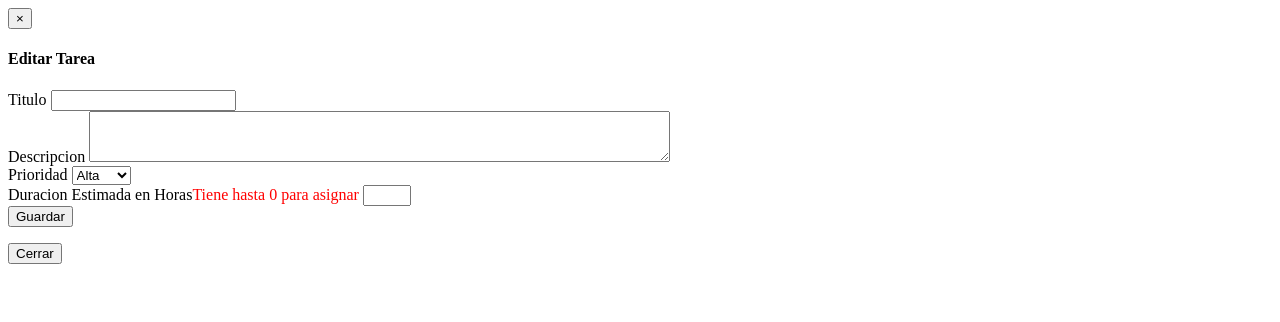
Repository: sebakondek/workspace
Page: http://localhost/ProyectoTrackAndBugBase/WEB-INF/jsp/tareas/formeditado.jsp
The author's editor kept a copy of each file at every save. The page is drawn from the files as they stood at one save, then again after the next save.
The browser window is 1280 px wide. The pictures show the whole page.
The page is served by Tomcat 9. Nobody is signed in. Other server files are loaded and not shown. The template is opened directly, without the code that normally fills it, so the values that code supplies are empty.

Above is the page before, as saved 2016-09-16 19:39:40.
Console error: ReferenceError: formInit is not defined

### ProyectoTrackAndBugBase/WebContent/WEB-INF/jsp/tareas/formeditado.jsp
<%@ page language="java" contentType="text/html; charset=ISO-8859-1"
    pageEncoding="ISO-8859-1"%>
<%@ taglib prefix="form" uri="http://www.springframework.org/tags/form"%>
<%@ taglib prefix="c" uri="http://java.sun.com/jsp/jstl/core" %>


<script>
	formInit("Tareas");
</script>


<div class="modal-dialog" role="dialog">
	 <div class="modal-content">
	    <div class="modal-header">
       		<button type="button" class="close" data-dismiss="modal" aria-label="Close"><span aria-hidden="true">&times;</span></button>
        	<h4 class="modal-title" id="myModalLabel"><b>Editar Tarea</b></h4>
      </div>
		<div class="modal-body" id="modal-body">


			<div class="form form-group table">
				<form:form method="post" modelAttribute="tareaForm" action="guardartarea.html" class="form" id="form">
					<form:input path="id" type="hidden" />
					<form:input path="idProyecto" type="hidden"/>
					<form:input path="duracionReal" type="hidden"/>
					<div class="form-group">
						<label for="titulo">Titulo</label>
						<form:input class="form-control required" path="titulo" type="text" />
					</div>
					<div class="form-group">
						<label for="descripcion">Descripcion</label>
						<form:textarea rows="3" cols="70" class="form-control required" path="descripcion" />
					</div>
					<div class="form-group">
						<label for="Prioridad">Prioridad</label>
						<form:select id="select-multiple" class="js-example-basic-single js-states form-control"
							path="prioridad" itemLabel="prioridad" itemValue="id">
							<option value="1"> Alta</option>
							<option value="2">Media</option>
							<option value="3">Baja</option>
					</form:select>
					</div>
					<div class="form-group">
						<label for="totalHoras">Duracion Estimada en Horas<span style="color: red;">Tiene hasta ${tiempoProyecto + tareaForm.duracionEstimada} para asignar</span></label>
						<form:input class="form-control" path="duracionEstimada" min="0" max="${tiempoProyecto + tareaForm.duracionEstimada}" type="number"/>
					</div>
					<div class="form-group">
						<input type="submit" class="btn btn-success" value="Guardar">
					</div>
				</form:form>
			</div>


		</div>
      <div class="modal-footer">
      	<button type="button" class="btn btn-default" data-dismiss="modal">Cerrar</button>
      </div>
    </div>
</div>

After the next save:
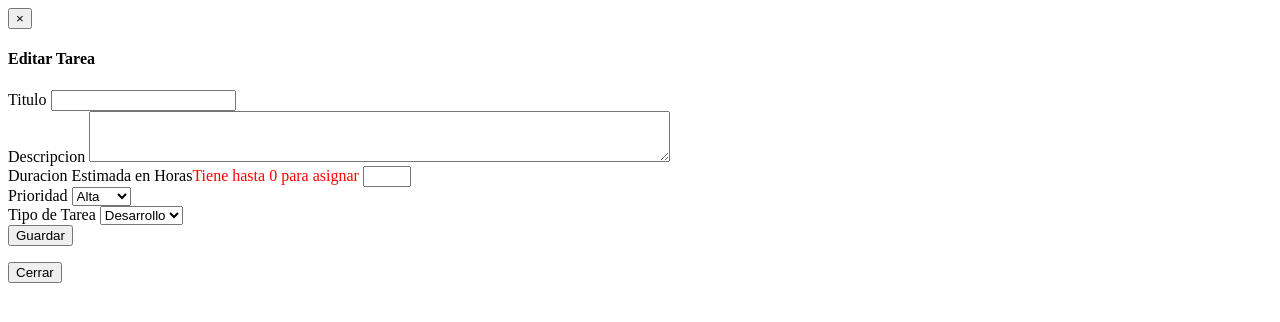
Saved 64 s later.
--- a/ProyectoTrackAndBugBase/WebContent/WEB-INF/jsp/tareas/formeditado.jsp
+++ b/ProyectoTrackAndBugBase/WebContent/WEB-INF/jsp/tareas/formeditado.jsp
@@ -32,6 +32,10 @@
 						<form:textarea rows="3" cols="70" class="form-control required" path="descripcion" />
 					</div>
 					<div class="form-group">
+						<label for="totalHoras">Duracion Estimada en Horas<span style="color: red;">Tiene hasta ${tiempoProyecto + tareaForm.duracionEstimada} para asignar</span></label>
+						<form:input class="form-control" path="duracionEstimada" min="0" max="${tiempoProyecto + tareaForm.duracionEstimada}" type="number"/>
+					</div>
+					<div class="form-group">
 						<label for="Prioridad">Prioridad</label>
 						<form:select id="select-multiple" class="js-example-basic-single js-states form-control"
 							path="prioridad" itemLabel="prioridad" itemValue="id">
@@ -41,9 +45,15 @@
 					</form:select>
 					</div>
 					<div class="form-group">
-						<label for="totalHoras">Duracion Estimada en Horas<span style="color: red;">Tiene hasta ${tiempoProyecto + tareaForm.duracionEstimada} para asignar</span></label>
-						<form:input class="form-control" path="duracionEstimada" min="0" max="${tiempoProyecto + tareaForm.duracionEstimada}" type="number"/>
+						<label for="tipoTarea">Tipo de Tarea</label>
+						<form:select id="select-single" class="js-example-basic-single js-states form-control"
+								path="tipoTarea" itemLabel="tipoTarea" itemValue="id" required="required">
+							<option value="1">Desarrollo</option>
+							<option value="2">Análisis</option>
+							<option value="3">Testing</option>
+						</form:select>
 					</div>
+
 					<div class="form-group">
 						<input type="submit" class="btn btn-success" value="Guardar">
 					</div>
